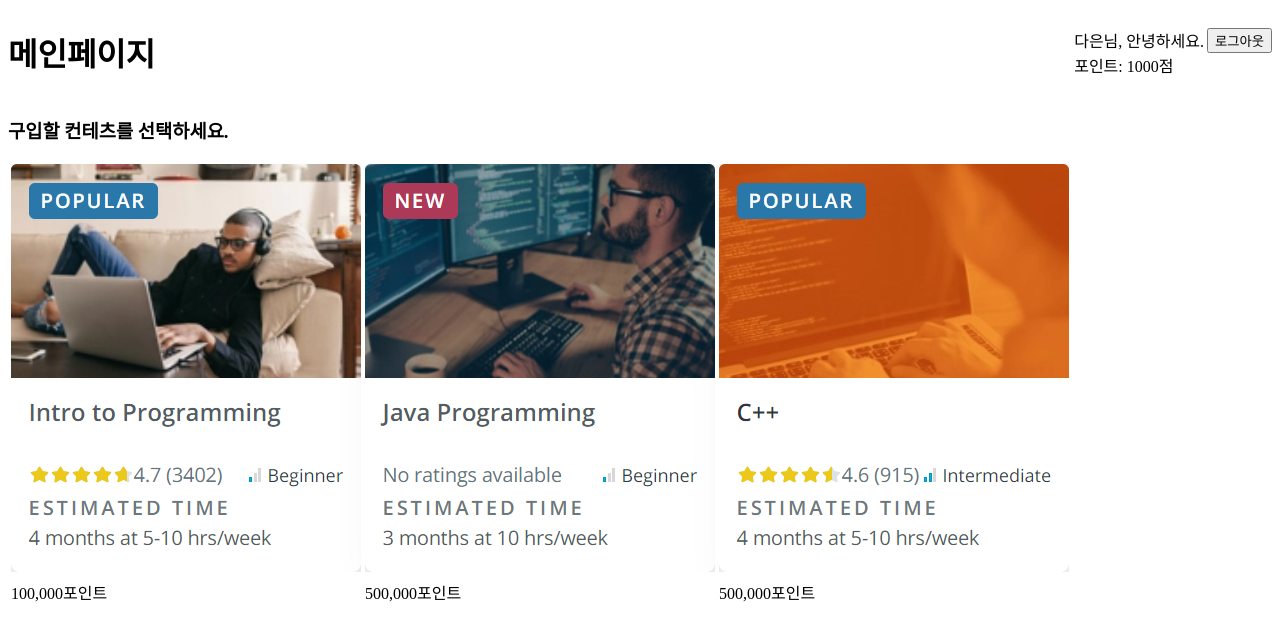
Repository: euniiee/test11
Page: http://localhost/Project/main.jsp
These files come from the project's save history. The page is drawn as it stood at one moment and after the next save; the edit follows.
The browser window is 1280 px wide. The pictures show the whole page.
The page is served by Tomcat 9.

Above is the page before, as saved 2023-02-01 02:27:49.

After the next save:
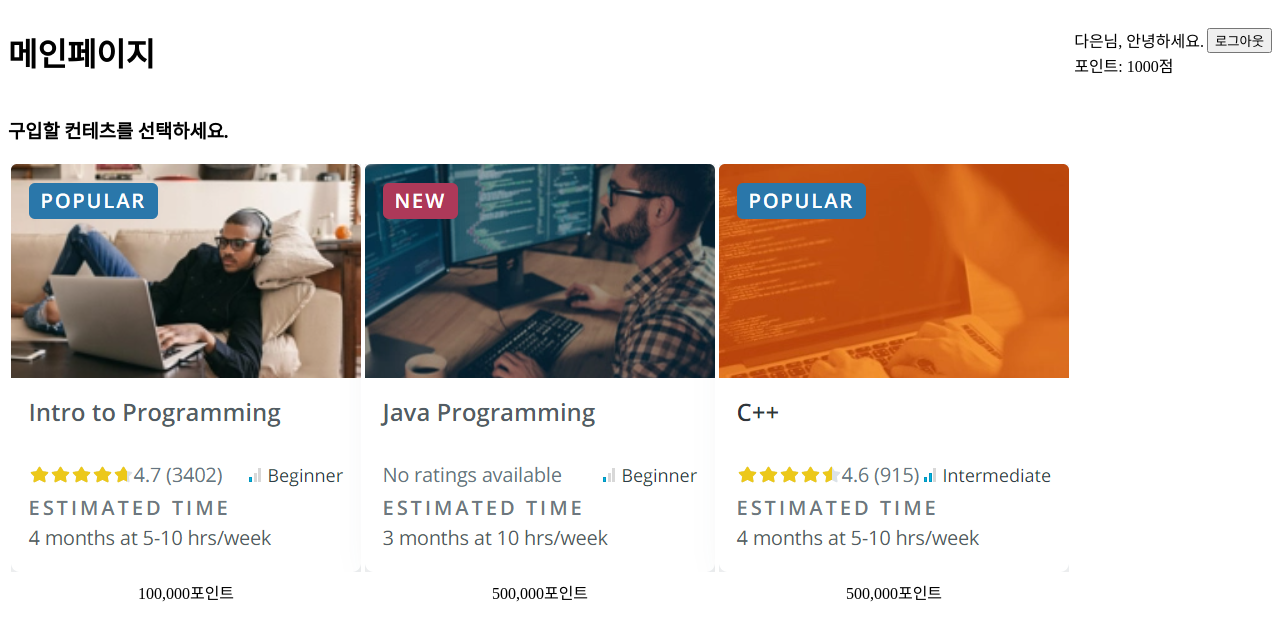
Saved 90 s later.
--- a/Project/WebContent/main.jsp
+++ b/Project/WebContent/main.jsp
@@ -25,8 +25,8 @@
 			<td><img src="Java_350_408.png"></td>
 			<td><img src="Cpp_350_408.png"></td>
 		</tr>
-		<tr>
-			<td style="margin:0 auto;">100,000포인트</td>
+		<tr style="text-align: center;">
+			<td>100,000포인트</td>
 			<td>500,000포인트</td>
 			<td>500,000포인트</td>
 		</tr>
